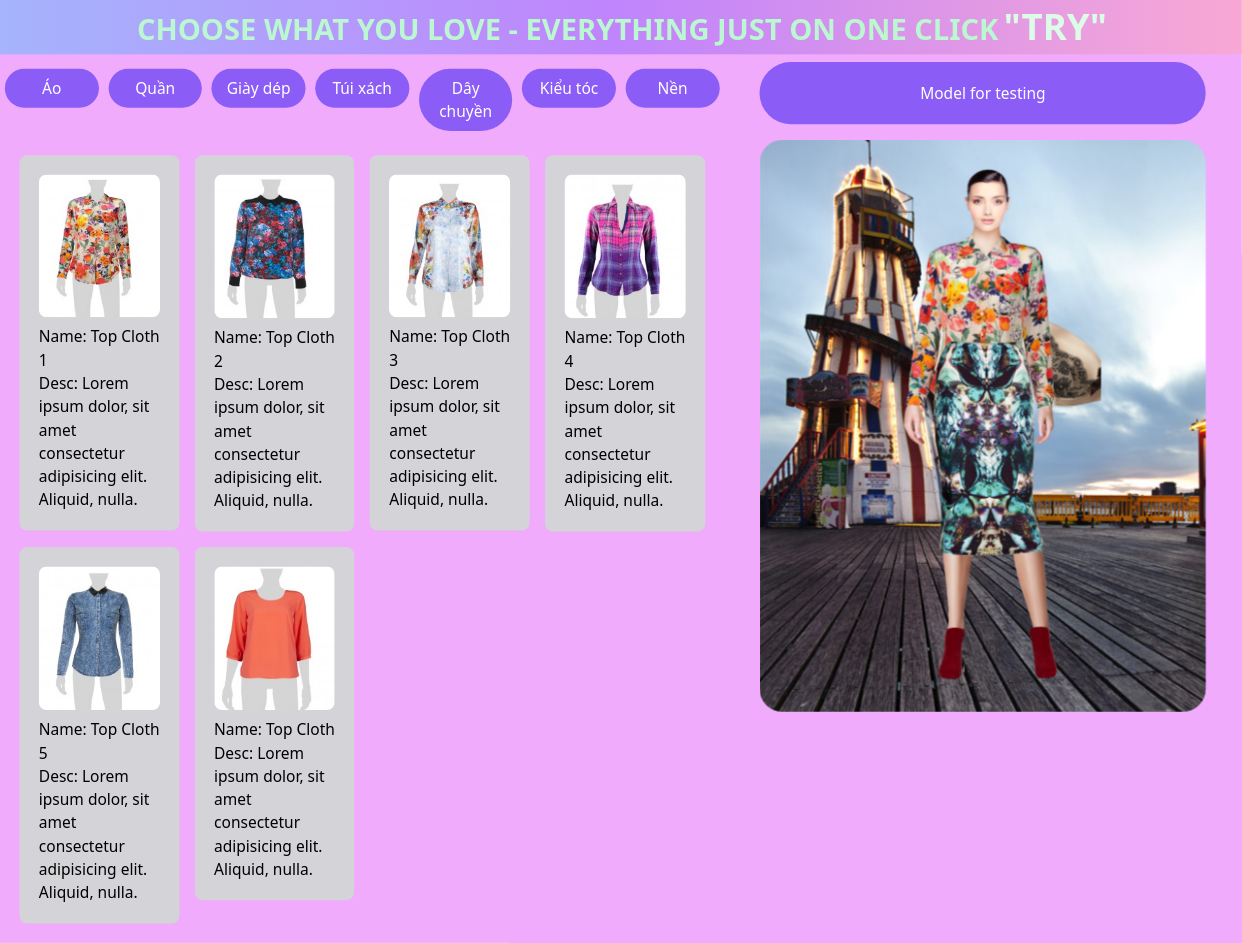
Repository: NguyenVietPhuQuy/ReactJs-TailWind-Redux-FunctionHook-ModelDesign
Page: / (app in modeldesign/)
An editor plug-in stored every save of this project. The page is shown before and after the next save, followed by the edit.
The browser window is 1280 px wide. The pictures show the whole page, at 97% of full size.
The project was rebuilt for these pictures with package versions that can differ from the ones it lists, and the page was loaded fresh each time. Also part of the build but not shown: modeldesign/src/App.css.

Above is the page before, as saved 2022-11-17 17:34:53.

After the next save:
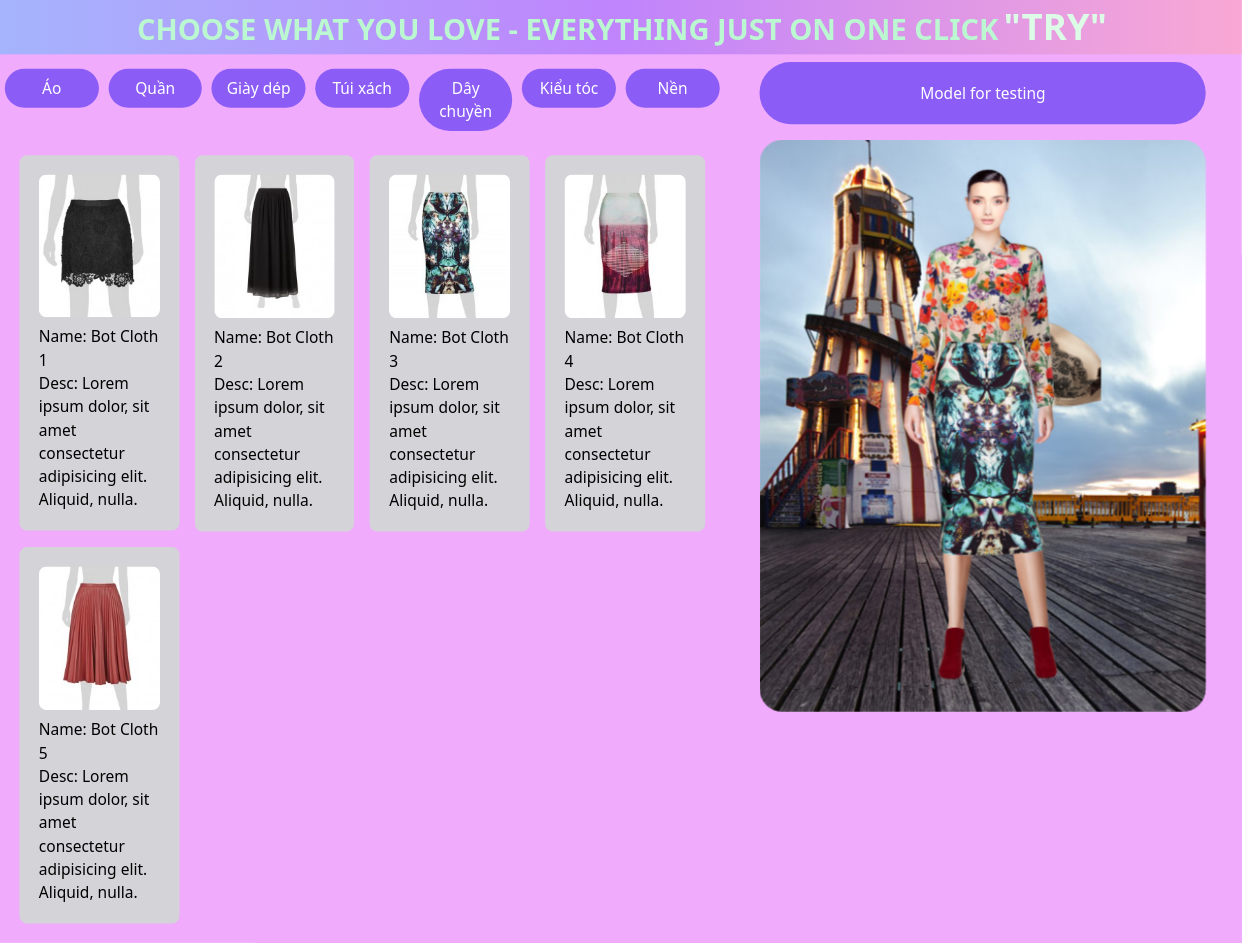
Saved 19 s later.
--- a/modeldesign/src/Components/Reducer/CategoryReducer.js
+++ b/modeldesign/src/Components/Reducer/CategoryReducer.js
@@ -8,7 +8,7 @@
         { tabName: 'tabHairStyle', showName: 'Kiểu tóc', type: 'hairstyle' },
         { tabName: 'tabBackground', showName: 'Nền', type: 'background' }
     ],
-    isChangeCategory: "topclothes"
+    isChangeCategory: "botclothes"
 }
 const CategoryReducer = (state=initialState) =>{
     return state

After the save that followed:
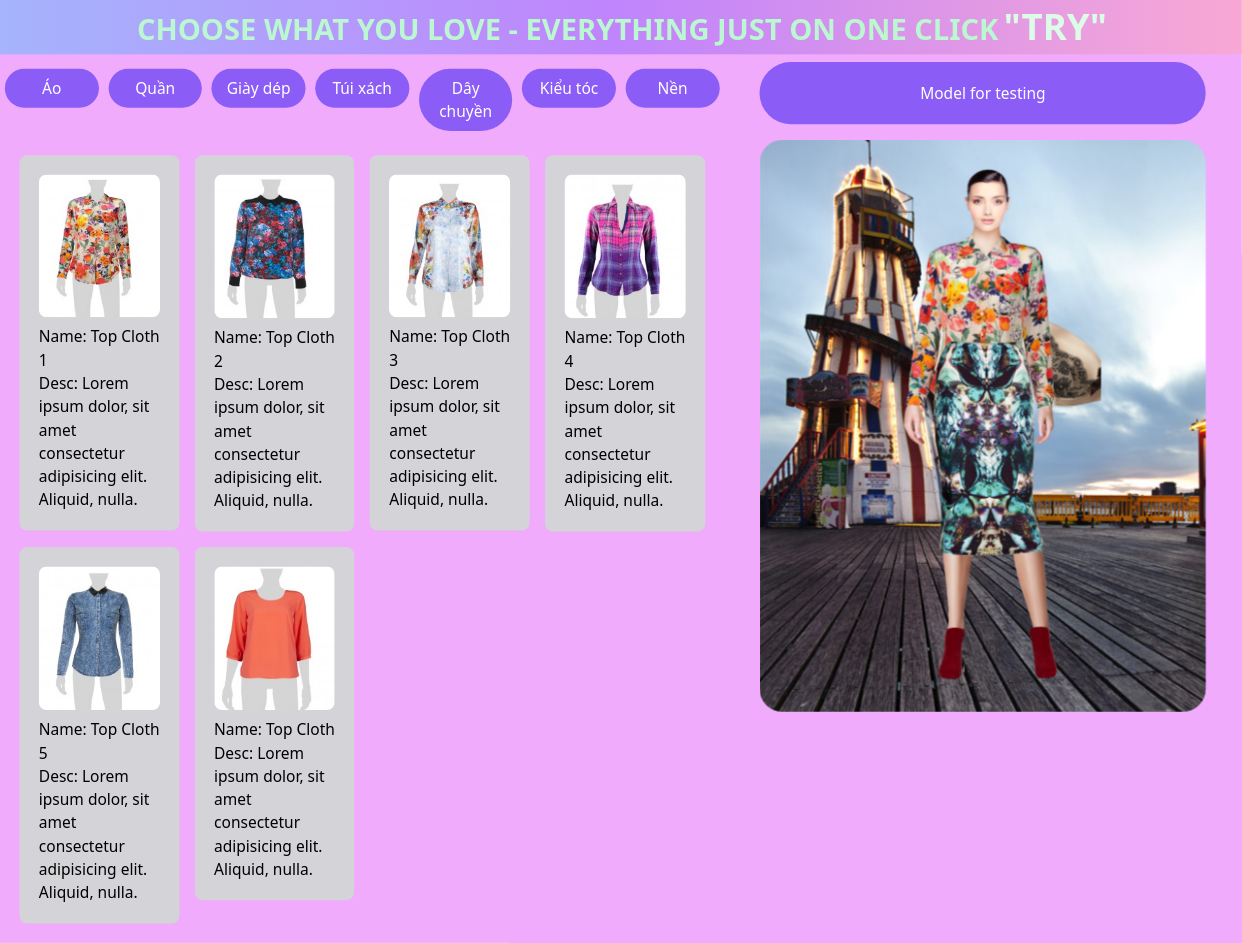
Saved 11 s later.
--- a/modeldesign/src/Components/Reducer/CategoryReducer.js
+++ b/modeldesign/src/Components/Reducer/CategoryReducer.js
@@ -8,7 +8,7 @@
         { tabName: 'tabHairStyle', showName: 'Kiểu tóc', type: 'hairstyle' },
         { tabName: 'tabBackground', showName: 'Nền', type: 'background' }
     ],
-    isChangeCategory: "botclothes"
+    isChangeCategory: "topclothes"
 }
 const CategoryReducer = (state=initialState) =>{
     return state
